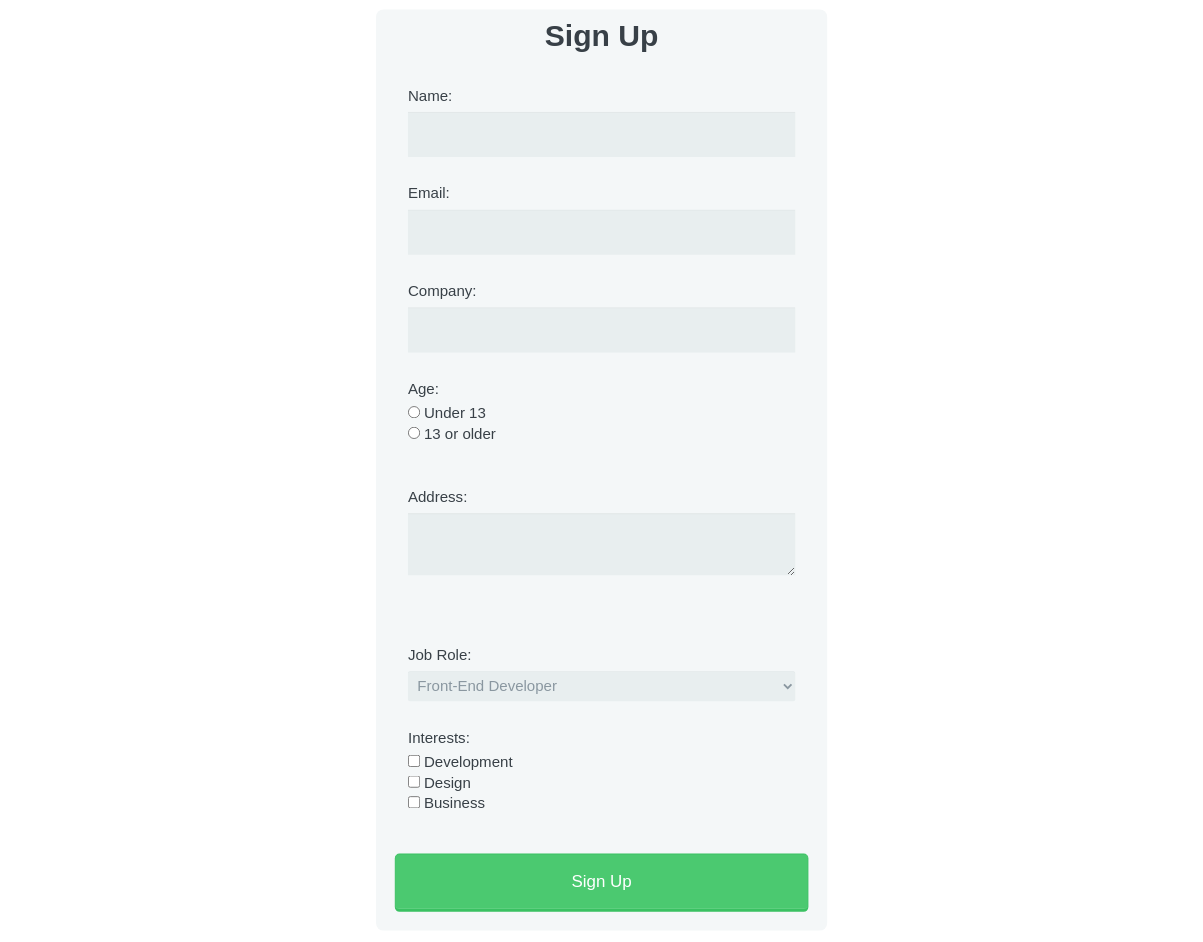
Repository: sunil965/JDBC-Servlet-JSP
Page: http://localhost/JspRegistrationTask/employee.jsp
The author's editor kept a copy of each file at every save. The page is drawn from the files as they stood at one save, then again after the next save.
The browser window is 1280 px wide. The pictures show the whole page, at 94% of full size.
The page is served by Tomcat 9.

Above is the page before, as saved 2017-05-04 10:42:56.

After the next save:
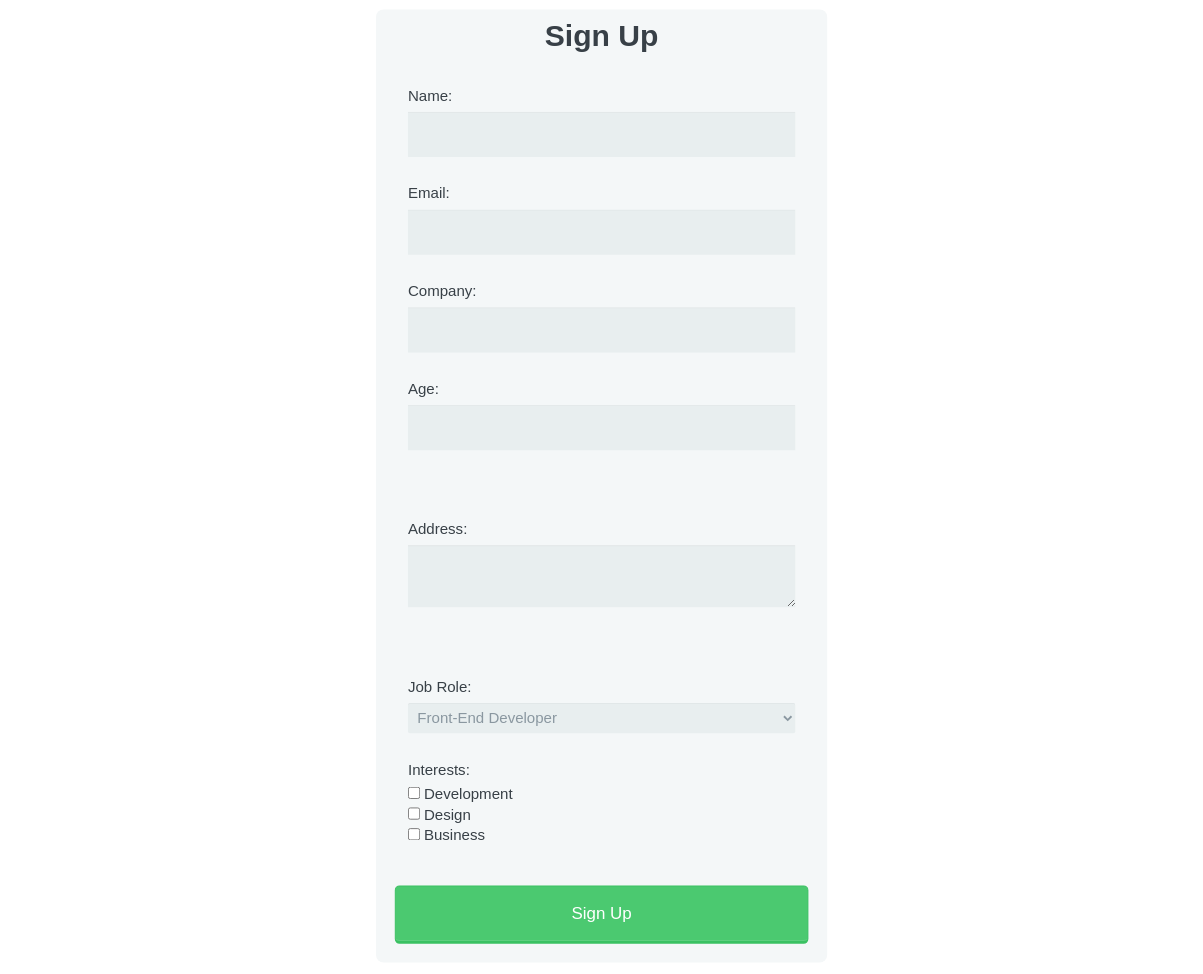
Saved 61 s later.
--- a/JspRegistrationTask/WebContent/employee.jsp
+++ b/JspRegistrationTask/WebContent/employee.jsp
@@ -226,8 +226,9 @@
           <input type="text" id="password" name="user_password">
 
           <label>Age:</label>
-          <input type="radio" id="under_13" value="under_13" name="user_age"><label for="under_13" class="light">Under 13</label><br>
-          <input type="radio" id="over_13" value="over_13" name="user_age"><label for="over_13" class="light">13 or older</label>
+          <input type="text" id="password" name="user_password">
+          <!-- <input type="radio" id="under_13" value="under_13" name="user_age"><label for="under_13" class="light">Under 13</label><br>
+          <input type="radio" id="over_13" value="over_13" name="user_age"><label for="over_13" class="light">13 or older</label> -->
         </fieldset>
 
         <fieldset>

After the save that followed:
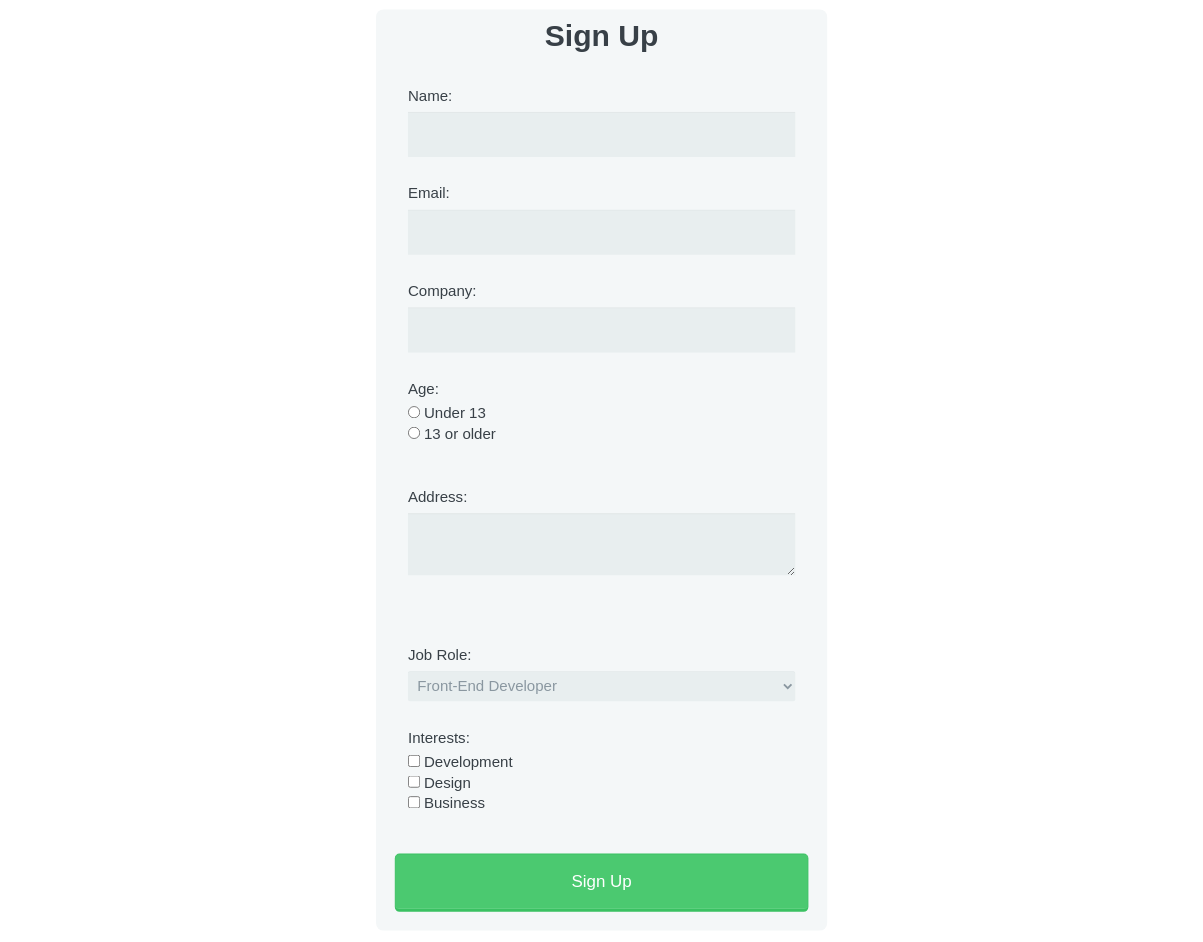
Saved 106 s later.
--- a/JspRegistrationTask/WebContent/employee.jsp
+++ b/JspRegistrationTask/WebContent/employee.jsp
@@ -226,9 +226,8 @@
           <input type="text" id="password" name="user_password">
 
           <label>Age:</label>
-          <input type="text" id="password" name="user_password">
-          <!-- <input type="radio" id="under_13" value="under_13" name="user_age"><label for="under_13" class="light">Under 13</label><br>
-          <input type="radio" id="over_13" value="over_13" name="user_age"><label for="over_13" class="light">13 or older</label> -->
+          <input type="radio" id="under_13" value="under_13" name="user_age"><label for="under_13" class="light">Under 13</label><br>
+          <input type="radio" id="over_13" value="over_13" name="user_age"><label for="over_13" class="light">13 or older</label>
         </fieldset>
 
         <fieldset>
